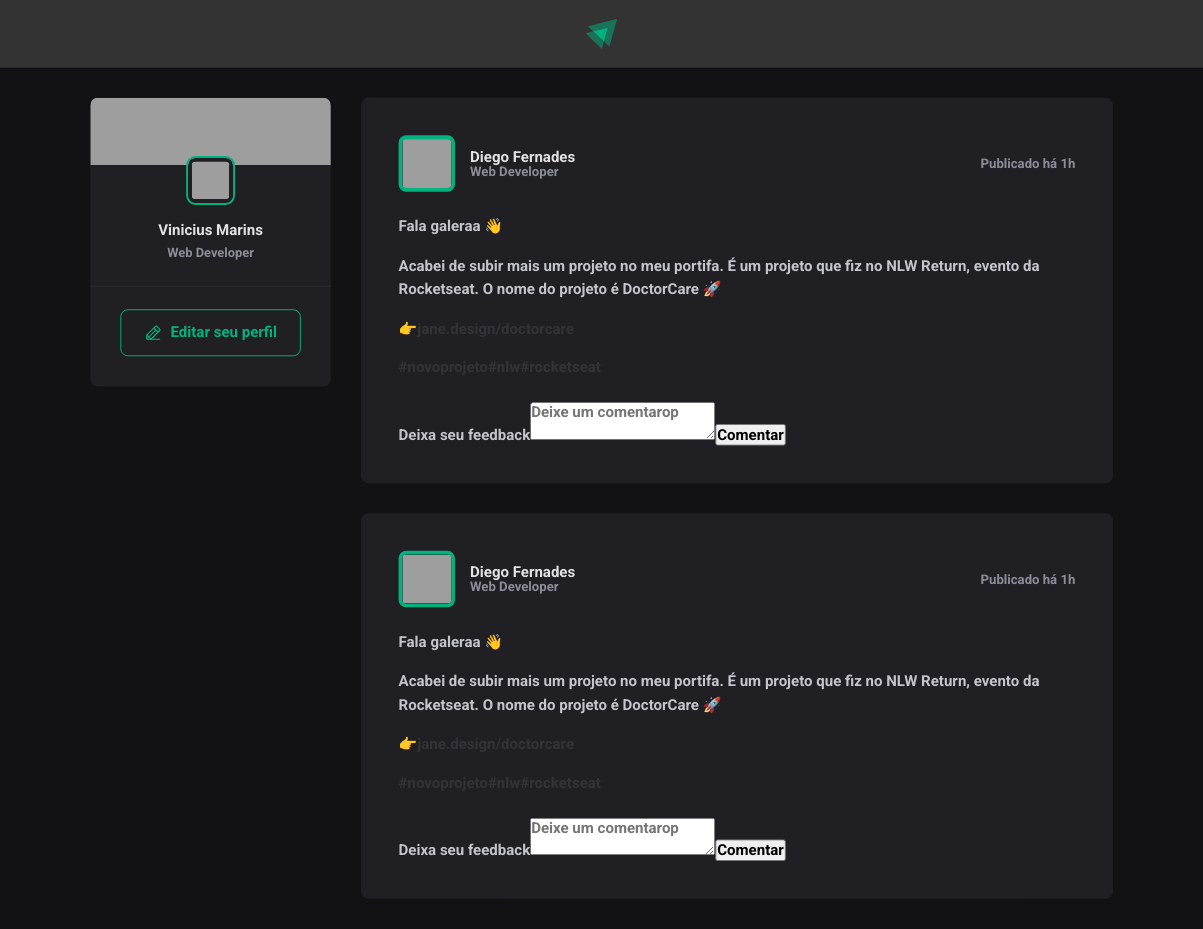
Repository: viniimartins/reactFundamentosRocketseat
Page: /
An editor plug-in stored every save of this project. The page is shown before and after the next save, followed by the edit.
The browser window is 1280 px wide. The pictures show the whole page, at 94% of full size.
Pictures or frames that could not be fetched are drawn as grey boxes. The project was rebuilt for these pictures with package versions that can differ from the ones it lists, and the page was loaded fresh each time. Also part of the build but not shown: vite.config.js.

Above is the page before, as saved 2023-04-29 23:01:12.

### index.html
<!DOCTYPE html>
<html lang="en">
  <head>
    <meta charset="UTF-8" />

    <link rel="preconnect" href="https://fonts.googleapis.com">
    <link rel="preconnect" href="https://fonts.gstatic.com" crossorigin>

    <link rel="icon" type="image/svg+xml" href="/vite.svg" />
    <meta name="viewport" content="width=device-width, initial-scale=1.0" />


    <link href="https://fonts.googleapis.com/css2?family=Montserrat&family=Roboto:wght@700&display=swap" rel="stylesheet">


    <title>Vite + React</title>
  </head>
  <body>
    <div id="root"></div>
    <script type="module" src="/src/main.jsx"></script>
  </body>
</html>

### src/App.jsx
import { Header } from './Components/Header'
import { Post } from './Components/Post'

import './global.css'


import styles from './App.module.css'
import { Sidebar } from './Components/Sidebar'

function App() {
  return (
    <>
      <div>
        <Header />


        <div className={styles.wrapper}>
          <Sidebar />
          <main>
            <Post
              author="Gabriel"
              content="Lorem ipsum dolor sit amet consectetur adipisicing elit. Asperiores aut, accusamus quasi hic earum blanditiis adipisci reiciendis enim eaque facilis doloribus, iusto incidunt! Aliquid ut debitis temporibus eius placeat autem!"
            />
            <Post
              author="Gabriel"
              content="Lorem ipsum dolor sit amet consectetur adipisicing elit. Asperiores aut, accusamus quasi hic earum blanditiis adipisci reiciendis enim eaque facilis doloribus, iusto incidunt! Aliquid ut debitis temporibus eius placeat autem!"
            />
          </main>
        </div>
      </div>

    </>
  )

}

export default App

### src/Components/Header.jsx
import styles from './Header.module.css';
import igniteLogo from '../assets/ignite-logo.svg'

export function Header() {
    return (
        <header className={styles.header}>
            <img src={igniteLogo}></img>
        </header>
    );
}

### src/Components/Post.jsx
import styles from './Post.module.css'

export function Post() {
    return (
        <article className={styles.post}>
            <header>
                <div className={styles.author}>
                    <img className={styles.avatar} src="https://avatars.githubusercontent.com/u/84347013?v=4" />
                    <div className={styles.authorInfo}>
                        <strong>Diego Fernades</strong>
                        <span>Web Developer</span>
                    </div>
                </div>
                <time title="11 de Maio ás 08:13" dateTime="2022-05-11 08:13:30">Publicado há 1h</time>
            </header>


            <div className={styles.content}>
                <p> Fala galeraa 👋</p>
                <p>Acabei de subir mais um projeto no meu portifa. É um projeto que fiz no NLW Return, evento da Rocketseat. O nome do projeto é DoctorCare 🚀</p>
                <p>👉<a href="">jane.design/doctorcare</a></p>
                <p>
                    <a href="">#novoprojeto</a>{''}
                    <a href="">#nlw</a>{''}
                    <a href="">#rocketseat</a>
                </p>
            </div>

            <form className={styles.commentForm}>
                <strong>Deixa seu feedback</strong>

                <textarea

                    placeholder='Deixe um comentarop'

                />

                <button type="submit">Comentar</button>
            </form>
        </article>
    )
}

### src/global.css
:root {
  --white: #fff;

  --gray-100: #e1e1e6;
  --gray-300: #c4c4cc;
  --gray-400: #8d8d99;
  --gray-500: #323238;
  --gray-700: #29292e;
  --gray-800: #202024;
  --gray-900: #121214;

  --green-500: #00b37e;
  --green-300: #00875f;
}

* {
  margin: 0;
  padding: 0;
  box-sizing: border-box;
}

body {
  background: var(--gray-900);
  color: var(--gray-300);
  -webkit-font-smoothing: antialiased;
}

body,
input,
textarea,
button {
  font-family: "Roboto", sans-serif;
  font-weight: 400;
  font-size: 1rem;
}

### src/Components/Sidebar.jsx
import { PencilLine } from "phosphor-react";

import styles from './Sidebar.module.css'

export function Sidebar() {
    return (
        <aside className={styles.sidebar}>
            <img
                className={styles.cover}
                src="https://images.unsplash.com/photo-1587620962725-abab7fe55159?ixlib=rb-4.0.3&ixid=MnwxMjA3fDB8MHxwaG90by1wYWdlfHx8fGVufDB8fHx8&auto=format&fit=crop&w=500&q=50"
            />
            <div className={styles.profile}>
                <img
                    className={styles.avatar}
                    src="https://avatars.githubusercontent.com/u/84347013?v=4"
                />
                <strong>Vinicius Marins</strong>
                <span>Web Developer</span>
            </div>

            <footer>
                <a href="#">
                    <PencilLine size={20} />
                    Editar seu perfil</a>
            </footer>
        </aside>
    )
}

### src/Components/Header.module.css
.header {
    background: #333;
    display: flex;
    justify-content: center;
    padding: 1.25rem 0
}

.header img {
    height: 2rem;
}

### src/Components/Post.module.css
.post {
  background: var(--gray-800);
  border-radius: 8px;
  padding: 2.5rem;
}

.post + .post {
  margin-top: 2rem;
}

.content {
  line-height: 1.6;
  color: var(--gray-300);
  margin-top: 1.5rem;
}

.content p {
  margin-top: 1rem;
}

.content a {
  font-weight: bold;
  color: var(--gray-500);
  text-decoration: none;
}

.content a:hover {
  color: var(--gray-300);
}

.post > header {
  display: flex;
  align-items: center;
  justify-content: space-between;
}

.post > header time {
  font-size: 0.875rem;
  color: var(--gray-400);
}

.author {
  display: flex;
  align-items: center;
  gap: 1rem;
}

.author img {
  width: calc(3rem + 12px);
  height: calc(3rem + 12px);
  border-radius: 8px;
  border: 4px solid var(--gray-800);
  border: 4px solid var(--green-500);
}

.authorInfo strong {
  display: block;
  color: var(--gray-100);
  line-height: 1;
}

.authorInfo span {
  display: block;
  font-size: 0.875rem;
  color: var(--gray-400);
  line-height: 1;
}

.commentForm {
  width: 100%;
  margin-top: 1.5rem;
}

### src/Components/Sidebar.module.css
.sidebar {
  background: var(--gray-800);
  border-radius: 8px;
  overflow: hidden;
}

.cover {
  width: 100%;
  height: 72px;
  object-fit: cover;
}

.profile {
  display: flex;
  flex-direction: column;
  align-items: center;

  margin-top: calc(0px - 1.5rem - 6px);
}

.profile strong {
  margin-top: 1rem;
  color: var(--gray-100);
  line-height: 1.6;
}

.profile span {
  font-size: 0.857rem;
  color: var(--gray-400);
  line-height: 1.6;
}

.avatar {
  width: 3rem;
  height: 3rem;
  border-radius: 8px;
  border: 4px solid var(--gray-800);
  outline: 2px solid var(--green-500);

  margin-top: calc(1.5rem - 6px);
}

.sidebar footer {
  border-top: 1px solid var(--gray-700);
  margin-top: 1.5rem;
  padding: 1.5rem 2rem 2rem;
}

.sidebar footer a {
  background: transparent;
  color: var(--green-500);
  border: 1px solid var(--green-500);
  border-radius: 8px;
  height: 50px;
  padding: 0 1.5rem;
  font-weight: bold;
  display: block;
  text-decoration: none;

  display: flex;
  align-items: center;
  justify-content: center;

  gap: 0.5rem;

  transition: color 0.1s, background-color 0.1s;
}

.sidebar footer a:hover {
  background: var(--green-500);
  color: var(--white);
}

Loaded but not shown: src/main.jsx (common file); src/App.module.css (common file)

After the next save:
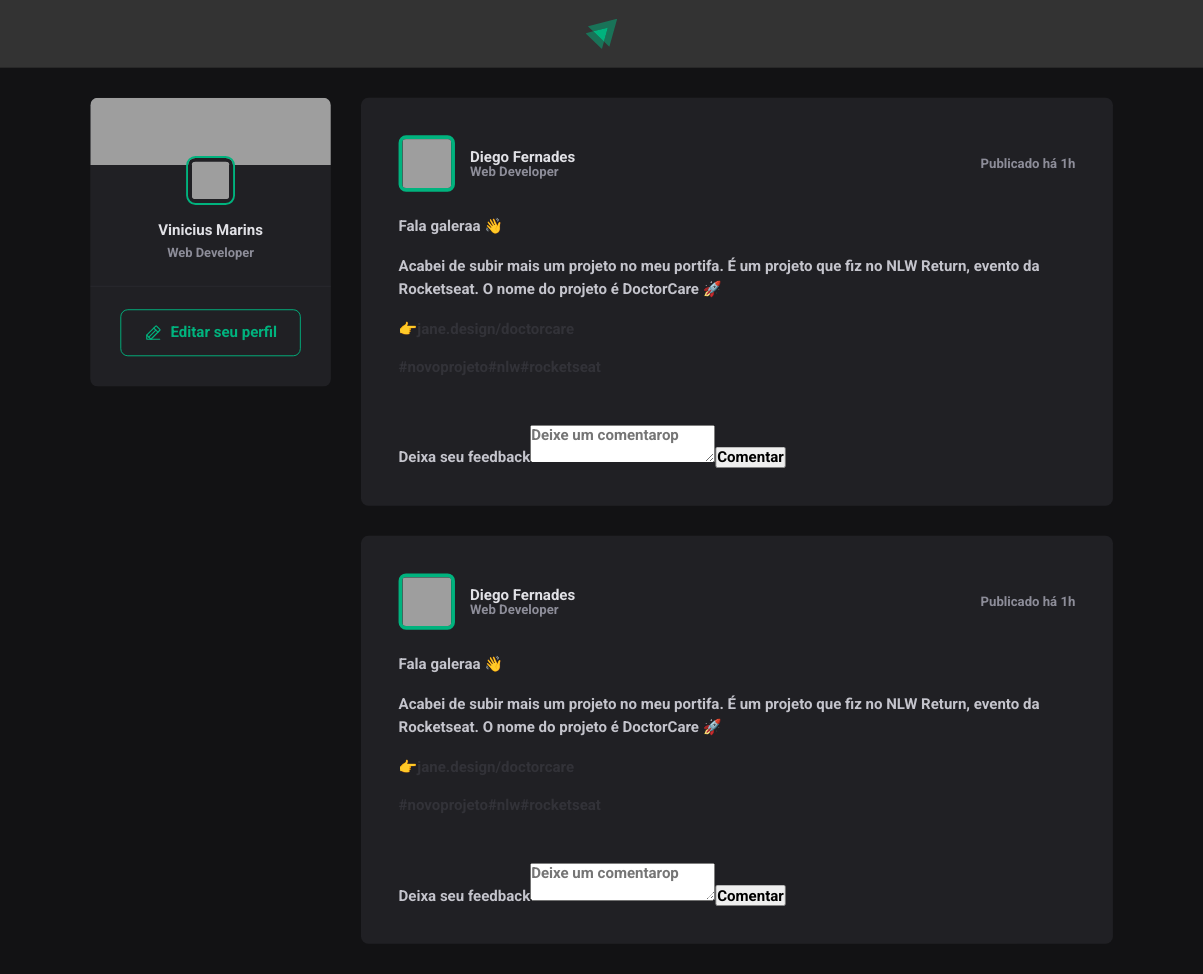
Saved 4 s later.
--- a/src/Components/Post.module.css
+++ b/src/Components/Post.module.css
@@ -69,4 +69,5 @@
 .commentForm {
   width: 100%;
   margin-top: 1.5rem;
+  padding-top: 1.5rem;
 }
